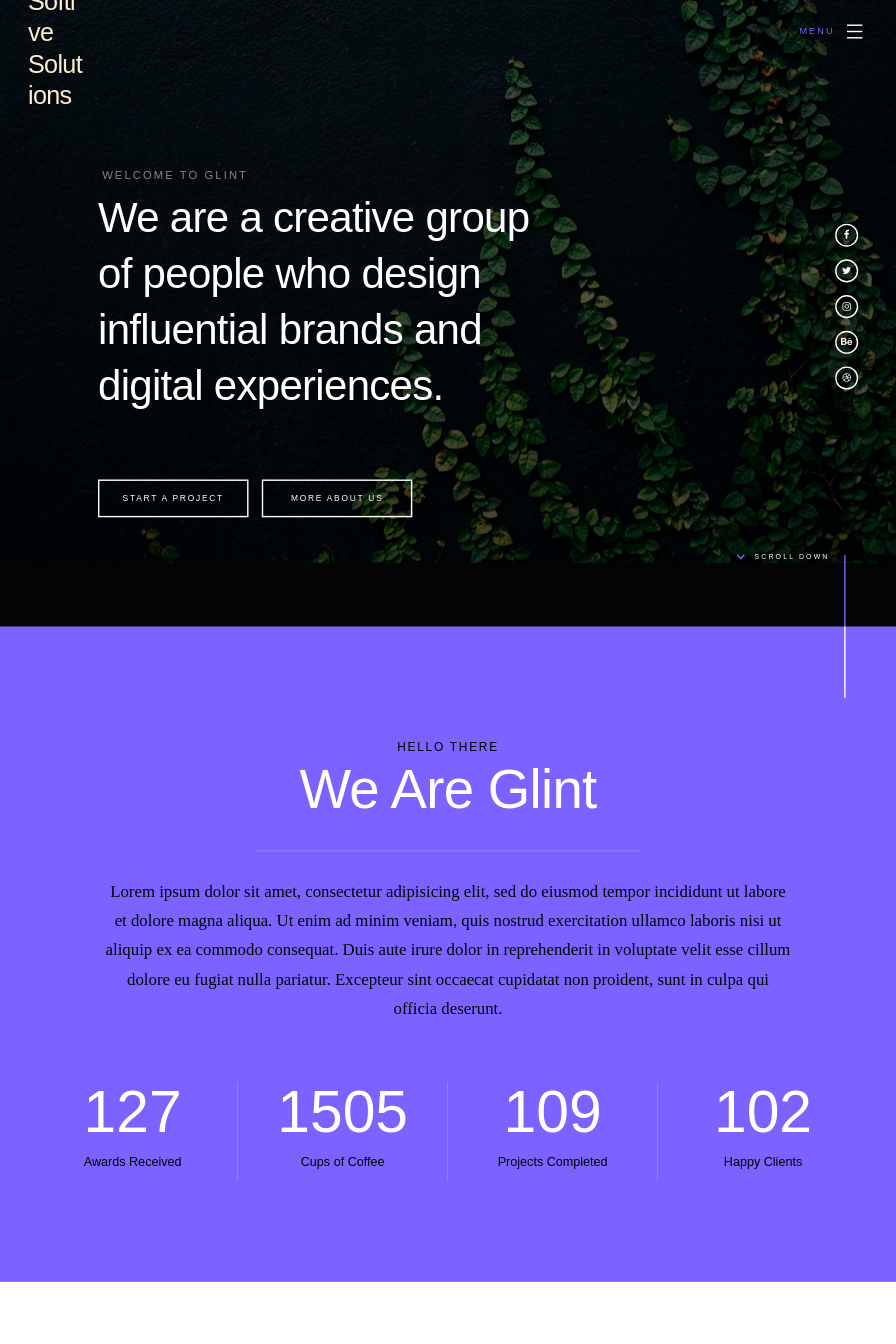
Repository: ahsankalim09/light-Agency
Page: index-2.html
The author's editor kept a copy of each file at every save. The page is drawn from the files as they stood at one save, then again after the next save.
The browser window is 1280 px wide. The pictures show the part of the page from y = 0 to 1920 px (the page is 8556 px tall), at 70% of full size.
Some web fonts or font styles are not loaded; a fallback is used.

Above is the page before, as saved 2020-12-27 21:22:03.

After the next save:
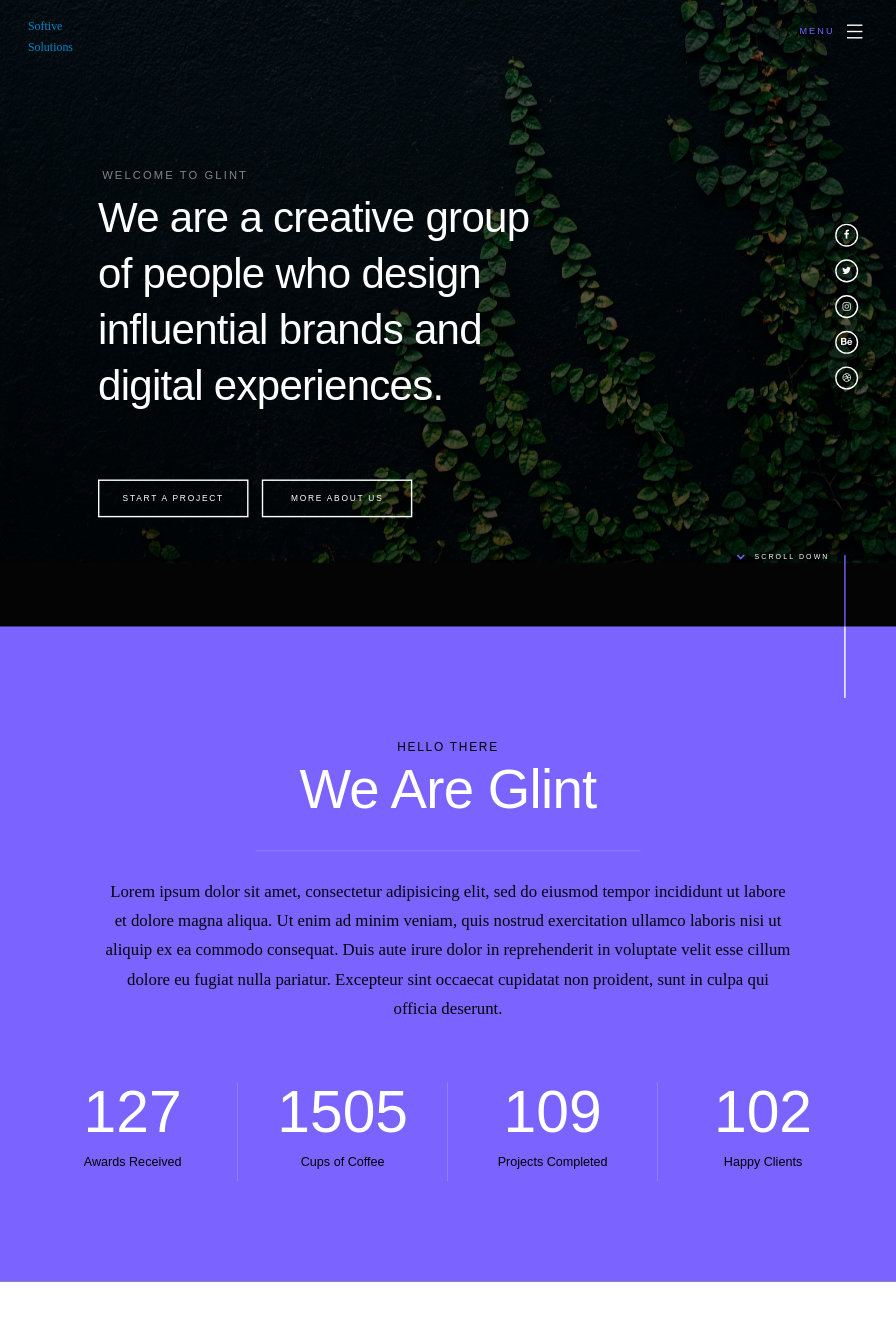
Saved 20 s later.
--- a/index-2.html
+++ b/index-2.html
@@ -31,7 +31,7 @@
 <div class="header-logo">
 <a class="site-logo" href="index-2.html">
 <!-- <img src="images/logo.png" alt="Homepage"> -->
-<h1 style="color: blanchedalmond;">Softive Solutions</h1>
+Softive Solutions
 </a>
 </div>
 <nav class="header-nav">
